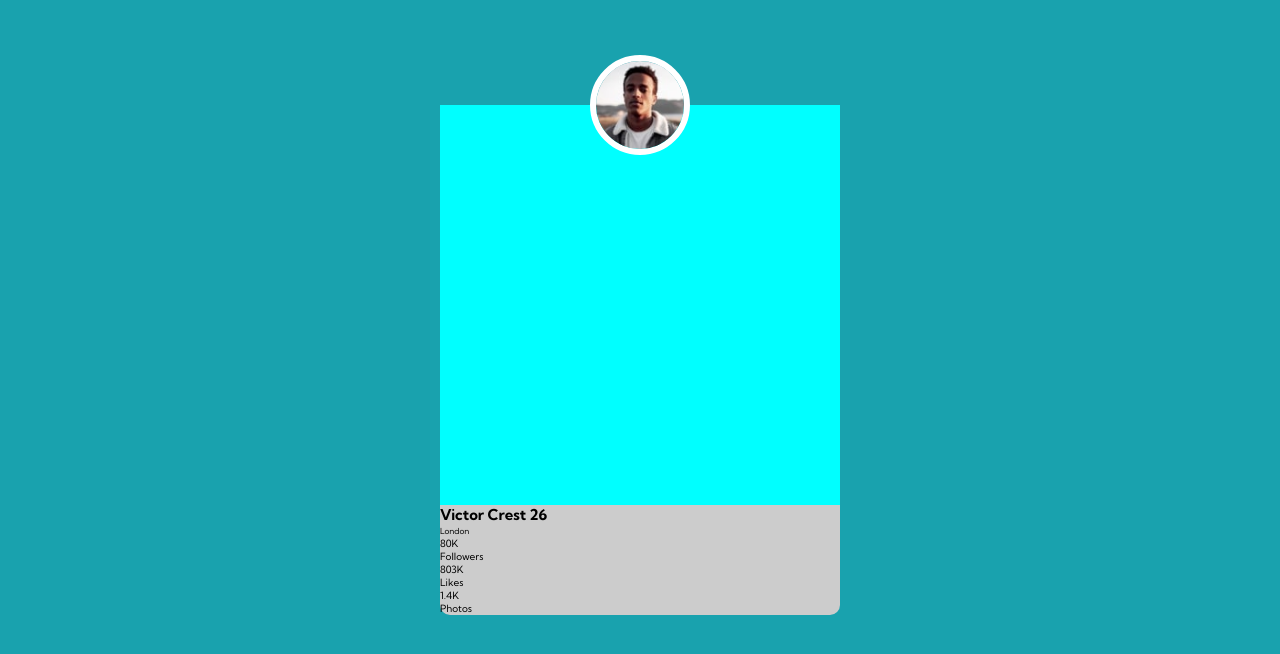
Repository: thaibaocoder1/profile-card-component-main
Page: index.html
An editor plug-in stored every save of this project. The page is shown before and after a run of saves, followed by the edit.
The browser window is 1280 px wide. The pictures show the whole page.

Above is the page before, as saved 2023-01-11 13:35:57.

After the next 3 saves:
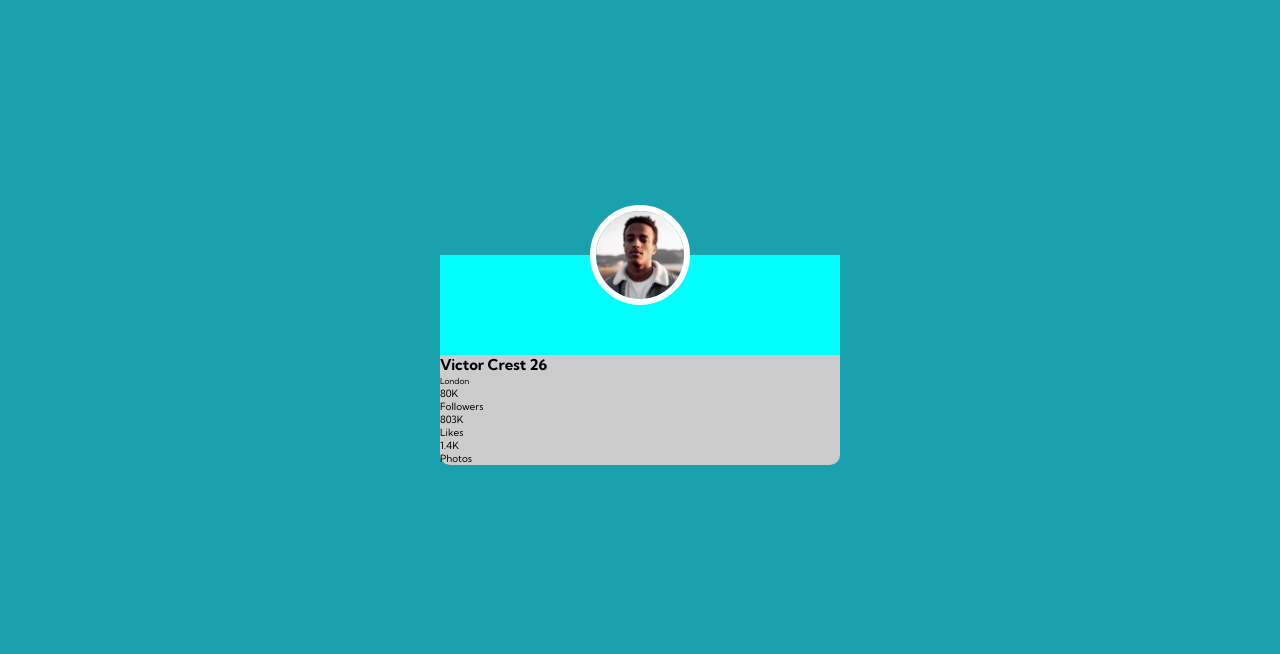
The 3 saves are shown as one change because they came seconds apart.
The last was saved 12 s later.
--- a/style.css
+++ b/style.css
@@ -33,7 +33,7 @@ body {
 }
 .card__top {
     width: 100%;
-    height: 400px;
+    height: 10rem;
     background-color: cyan;
 }
 .card__top img {
